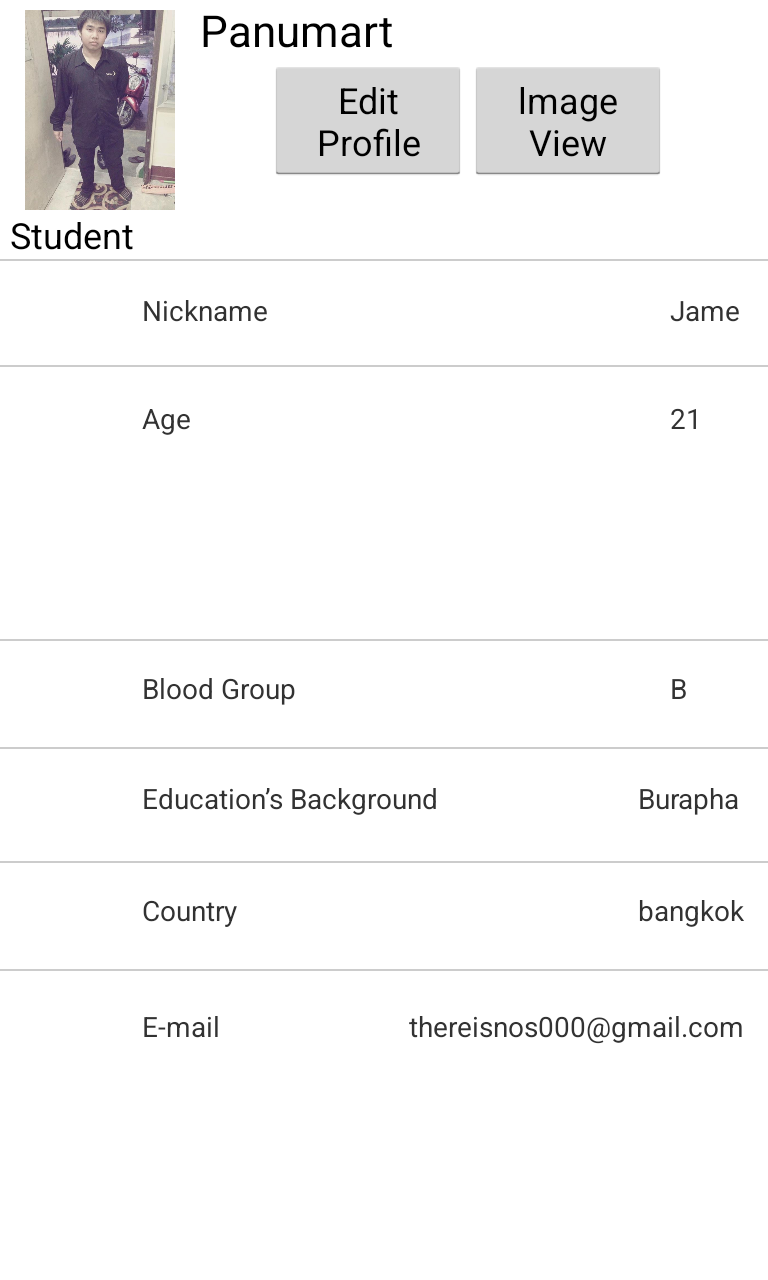
Repository: PanumartThamkawin/Resuma_55410657
Layout: Panu657/res/layout/activity_main.xml
These files come from the project's save history. The layout is drawn as it stood at one moment and after the next save; the edit follows.
It is drawn on a 768 x 1280 px phone screen (xhdpi) without system bars, with theme AppTheme; the app's code is not run.

Above is the layout before, as saved 2014-09-01 07:19:55.

### Panu657/res/layout/activity_main.xml
<RelativeLayout xmlns:android="http://schemas.android.com/apk/res/android"
    xmlns:tools="http://schemas.android.com/tools"
    android:layout_width="match_parent"
    android:layout_height="match_parent" >

    <LinearLayout
        android:id="@+id/linearLayout1"
        android:layout_width="100dp"
        android:layout_height="100dp"
        android:layout_marginTop="5dp" >

        <ImageView
            android:id="@+id/imageView1"
            android:layout_width="wrap_content"
            android:layout_height="wrap_content"
            android:src="@drawable/jame" />
    </LinearLayout>

    <TextView
        android:id="@+id/textView1"
        android:layout_width="wrap_content"
        android:layout_height="wrap_content"
        android:layout_alignParentTop="true"
        android:layout_toRightOf="@+id/linearLayout1"
        android:text="Panumart "
        android:textAppearance="?android:attr/textAppearanceLarge" />

    <LinearLayout
        android:id="@+id/linearLayout3"
        android:layout_width="wrap_content"
        android:layout_height="wrap_content"
        android:layout_alignParentRight="true"
        android:layout_below="@id/textView1"
        android:layout_marginRight="50dp" >

        <Button
            android:id="@+id/button1"
            android:layout_width="100dp"
            android:layout_height="wrap_content"
            android:text="Edit Profile" />

        <Button
            android:id="@+id/button2"
            android:layout_width="100dp"
            android:layout_height="wrap_content"
            android:text="lmage View" />
    </LinearLayout>

    <LinearLayout
        android:id="@+id/linearLayout2"
        android:layout_width="match_parent"
        android:layout_height="wrap_content"
        android:layout_below="@id/linearLayout1" >

        <TextView
            android:id="@+id/textView2"
            android:layout_width="wrap_content"
            android:layout_height="wrap_content"
            android:layout_marginLeft="5dp"
            android:text="Student "
            android:textAppearance="?android:attr/textAppearanceMedium" />
    </LinearLayout>

    <View
        android:id="@+id/view1"
        android:layout_width="wrap_content"
        android:layout_height="1dp"
        android:layout_alignParentLeft="true"
        android:layout_below="@+id/linearLayout2"
        android:background="#cccccc" />

    <TextView
        android:id="@+id/textView3"
        android:layout_width="wrap_content"
        android:layout_height="wrap_content"
        android:layout_below="@+id/view1"
        android:layout_marginTop="15dp"
        android:layout_toLeftOf="@+id/linearLayout3"
        android:text="Nickname" />

    <TextView
        android:id="@+id/textView4"
        android:layout_width="wrap_content"
        android:layout_height="wrap_content"
        android:layout_alignBaseline="@+id/textView3"
        android:layout_alignBottom="@+id/textView3"
        android:layout_alignParentRight="true"
        android:layout_marginRight="14dp"
        android:text="Jame" />

    <View
        android:id="@+id/View01"
        android:layout_width="wrap_content"
        android:layout_height="1dp"
        android:layout_alignParentLeft="true"
        android:layout_below="@+id/textView3"
        android:layout_marginTop="18dp"
        android:background="#cccccc" />

    <TextView
        android:id="@+id/textView5"
        android:layout_width="wrap_content"
        android:layout_height="wrap_content"
        android:layout_alignLeft="@+id/textView3"
        android:layout_below="@+id/View01"
        android:layout_marginTop="16dp"
        android:text="Age" />

    <TextView
        android:id="@+id/textView6"
        android:layout_width="wrap_content"
        android:layout_height="wrap_content"
        android:layout_alignBaseline="@+id/textView5"
        android:layout_alignBottom="@+id/textView5"
        android:layout_alignLeft="@+id/textView4"
        android:text="21" />

    <View
        android:id="@+id/View02"
        android:layout_width="wrap_content"
        android:layout_height="1dp"
        android:layout_alignParentLeft="true"
        android:layout_centerVertical="true"
        android:background="#cccccc" />

    <TextView
        android:id="@+id/textView7"
        android:layout_width="wrap_content"
        android:layout_height="wrap_content"
        android:layout_alignLeft="@+id/textView5"
        android:layout_below="@+id/View02"
        android:layout_marginTop="14dp"
        android:text="Blood Group" />

    <TextView
        android:id="@+id/textView8"
        android:layout_width="wrap_content"
        android:layout_height="wrap_content"
        android:layout_alignBaseline="@+id/textView7"
        android:layout_alignBottom="@+id/textView7"
        android:layout_alignLeft="@+id/textView6"
        android:text="B" />

    <View
        android:id="@+id/View03"
        android:layout_width="wrap_content"
        android:layout_height="1dp"
        android:layout_alignParentLeft="true"
        android:layout_below="@+id/textView7"
        android:layout_marginTop="20dp"
        android:background="#cccccc" />

    <TextView
        android:id="@+id/textView9"
        android:layout_width="wrap_content"
        android:layout_height="wrap_content"
        android:layout_alignLeft="@+id/textView7"
        android:layout_below="@+id/View03"
        android:layout_marginTop="15dp"
        android:text="Education’s Background" />

    <TextView
        android:id="@+id/textView10"
        android:layout_width="wrap_content"
        android:layout_height="wrap_content"
        android:layout_alignBaseline="@+id/textView9"
        android:layout_alignBottom="@+id/textView9"
        android:layout_alignRight="@+id/textView4"
        android:text="Burapha" />

    <View
        android:id="@+id/View04"
        android:layout_width="wrap_content"
        android:layout_height="1dp"
        android:layout_alignParentLeft="true"
        android:layout_below="@+id/textView9"
        android:layout_marginTop="22dp"
        android:background="#cccccc" />

    <TextView
        android:id="@+id/textView11"
        android:layout_width="wrap_content"
        android:layout_height="wrap_content"
        android:layout_alignLeft="@+id/textView9"
        android:layout_below="@+id/View04"
        android:layout_marginTop="14dp"
        android:text="Country" />

    <TextView
        android:id="@+id/textView12"
        android:layout_width="wrap_content"
        android:layout_height="wrap_content"
        android:layout_alignBaseline="@+id/textView11"
        android:layout_alignBottom="@+id/textView11"
        android:layout_alignLeft="@+id/textView10"
        android:text="bangkok" />

    <View
        android:id="@+id/View05"
        android:layout_width="wrap_content"
        android:layout_height="1dp"
        android:layout_alignParentLeft="true"
        android:layout_below="@+id/textView11"
        android:layout_marginTop="20dp"
        android:background="#cccccc" />

    <TextView
        android:id="@+id/textView13"
        android:layout_width="wrap_content"
        android:layout_height="wrap_content"
        android:layout_alignLeft="@+id/textView11"
        android:layout_below="@+id/View05"
        android:layout_marginTop="18dp"
        android:text="E-mail" />

    <TextView
        android:id="@+id/textView14"
        android:layout_width="wrap_content"
        android:layout_height="wrap_content"
        android:layout_alignBaseline="@+id/textView13"
        android:layout_alignBottom="@+id/textView13"
        android:layout_alignRight="@+id/textView12"
        android:text="thereisnos000@gmail.com" />

</RelativeLayout>

Loaded but not shown: Panu657/res/values/styles.xml (common file); Panu657/res/values-v11/styles.xml (common file); Panu657/res/values-v14/styles.xml (common file)

After the next save:
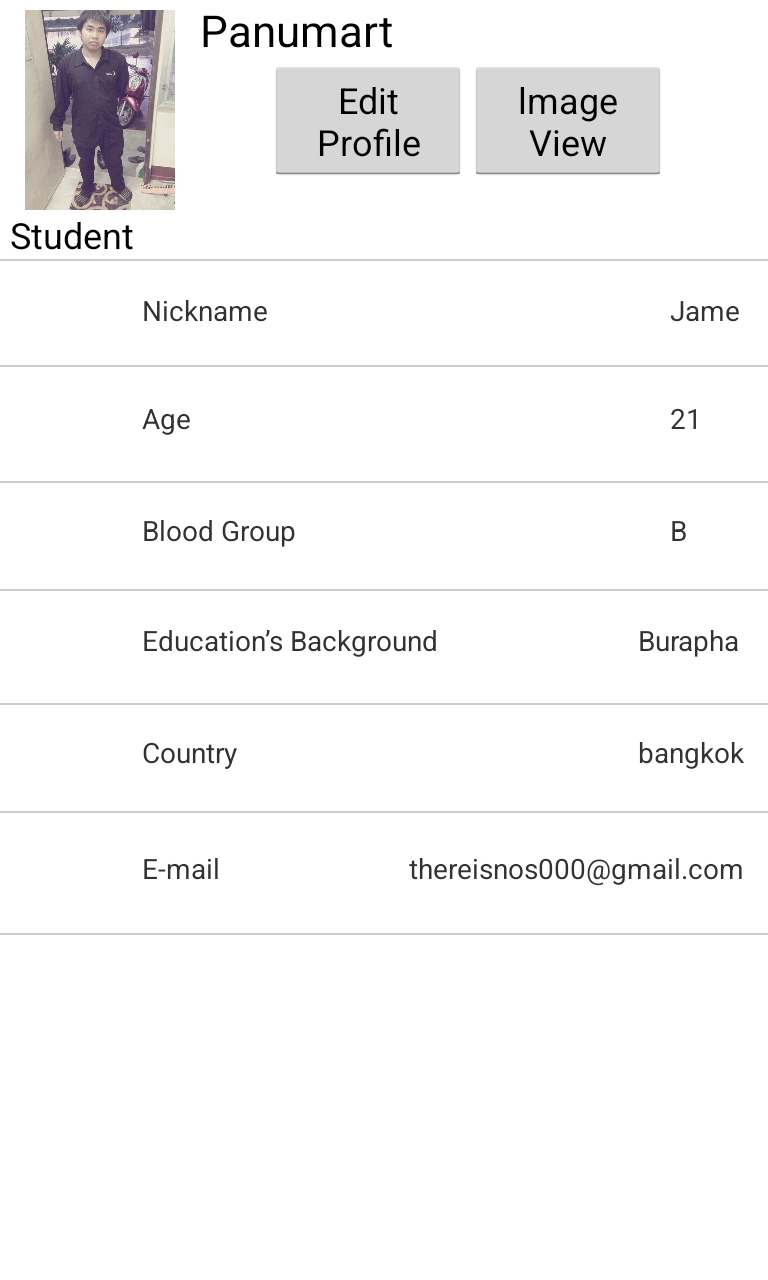
Saved 82 s later.
--- a/Panu657/res/layout/activity_main.xml
+++ b/Panu657/res/layout/activity_main.xml
@@ -115,14 +115,6 @@
         android:layout_alignLeft="@+id/textView4"
         android:text="21" />
 
-    <View
-        android:id="@+id/View02"
-        android:layout_width="wrap_content"
-        android:layout_height="1dp"
-        android:layout_alignParentLeft="true"
-        android:layout_centerVertical="true"
-        android:background="#cccccc" />
-
     <TextView
         android:id="@+id/textView7"
         android:layout_width="wrap_content"
@@ -222,4 +214,22 @@
         android:layout_alignRight="@+id/textView12"
         android:text="thereisnos000@gmail.com" />
 
+    <View
+        android:id="@+id/View02"
+        android:layout_width="wrap_content"
+        android:layout_height="1dp"
+        android:layout_alignParentLeft="true"
+        android:layout_below="@+id/textView5"
+        android:layout_marginTop="22dp"
+        android:background="#cccccc" />
+
+    <View
+        android:id="@+id/View06"
+        android:layout_width="wrap_content"
+        android:layout_height="1dp"
+        android:layout_alignParentLeft="true"
+        android:layout_below="@+id/textView13"
+        android:layout_marginTop="23dp"
+        android:background="#cccccc" />
+
 </RelativeLayout>
